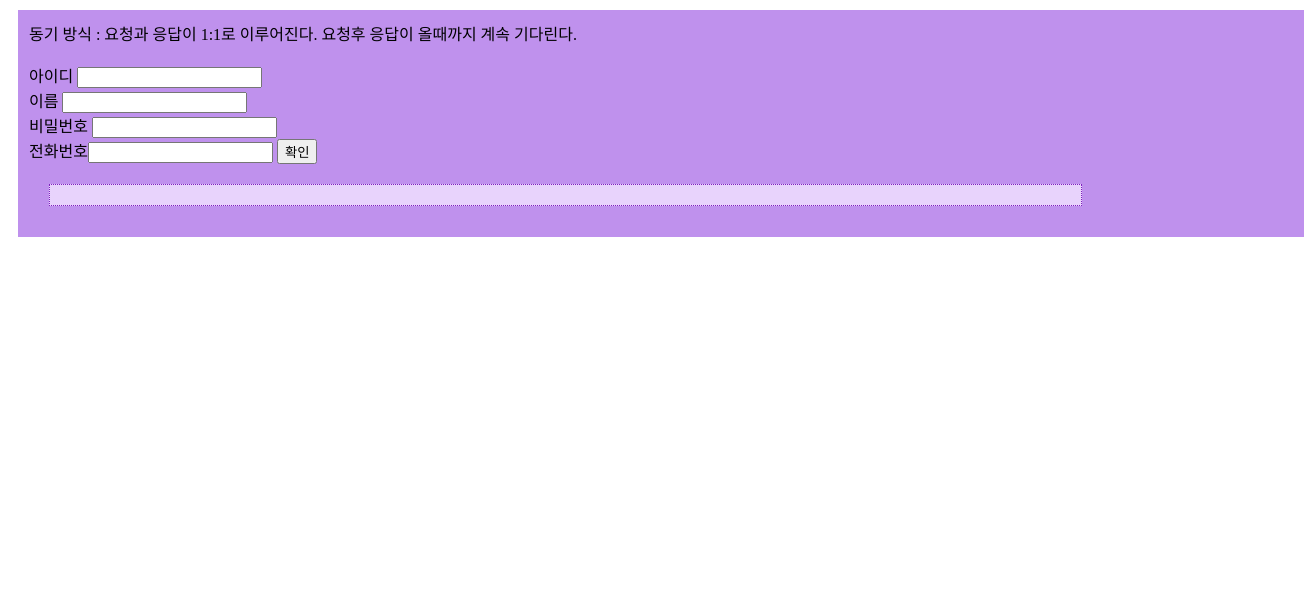
Repository: jinsoo115/jquery
Page: jqpro/WebContent/0201/ajax비동기통신.html
These files come from the project's save history. The page is drawn as it stood at one moment and after the next save; the edit follows.
The browser window is 1280 px wide. The page is 1304 px wide, so the pictures cover 1304 px, including what lies to the right of the window. The pictures show the whole page.

Above is the page before, as saved 2021-02-01 03:34:59.

After the next save:
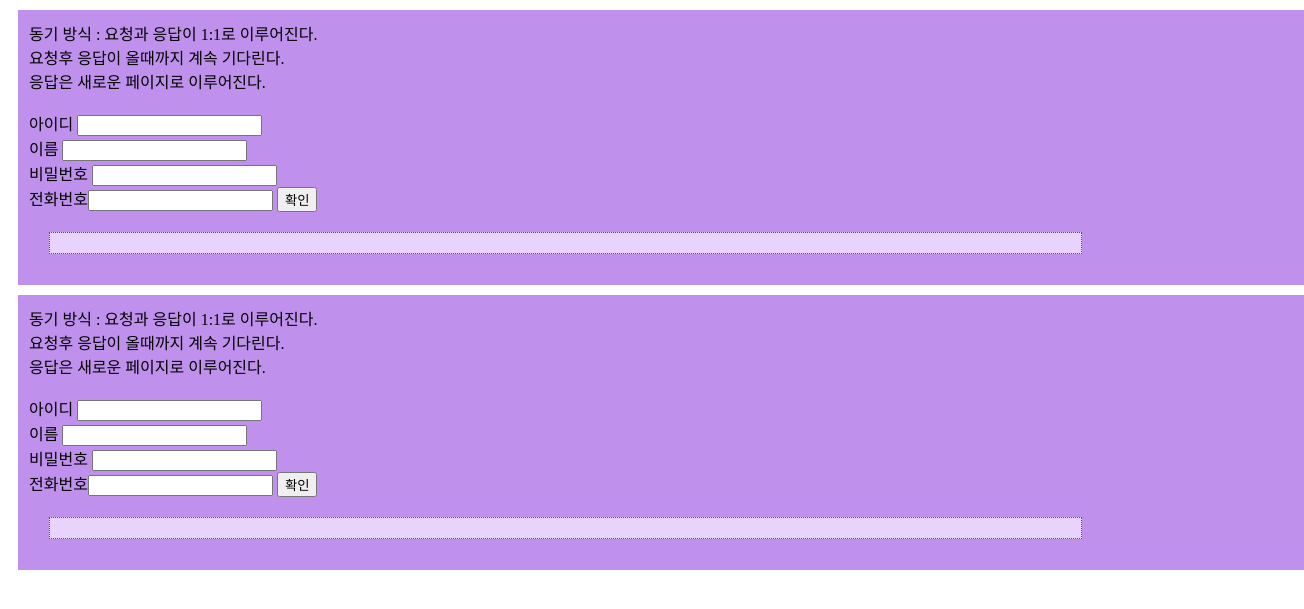
Saved 64 s later.
--- a/jqpro/WebContent/0201/ajax비동기통신.html
+++ b/jqpro/WebContent/0201/ajax비동기통신.html
@@ -15,8 +15,26 @@
 <body>
 
 <div class="box">
-동기 방식 : 요청과 응답이 1:1로 이루어진다.
-요청후 응답이 올때까지 계속 기다린다.
+동기 방식 : 요청과 응답이 1:1로 이루어진다.<br>
+요청후 응답이 올때까지 계속 기다린다.<br>
+응답은 새로운 페이지로 이루어진다.
+<br><br>
+
+<form action="text.jsp" method="post">
+    아이디 <input type="text" id="id" name="id"><br>
+    이름 <input type="text" id="name" name="name"><br>
+    비밀번호 <input type="password" id="pass" name="pass"><br>
+    전화번호<input type="text" id="tel" name="tel">
+<input type="submit" value="확인">
+</form>
+<div id="result1"></div>
+</div>
+
+
+<div class="box">
+동기 방식 : 요청과 응답이 1:1로 이루어진다.<br>
+요청후 응답이 올때까지 계속 기다린다.<br>
+응답은 새로운 페이지로 이루어진다.
 <br><br>
 
 <form action="text.jsp" method="post">
